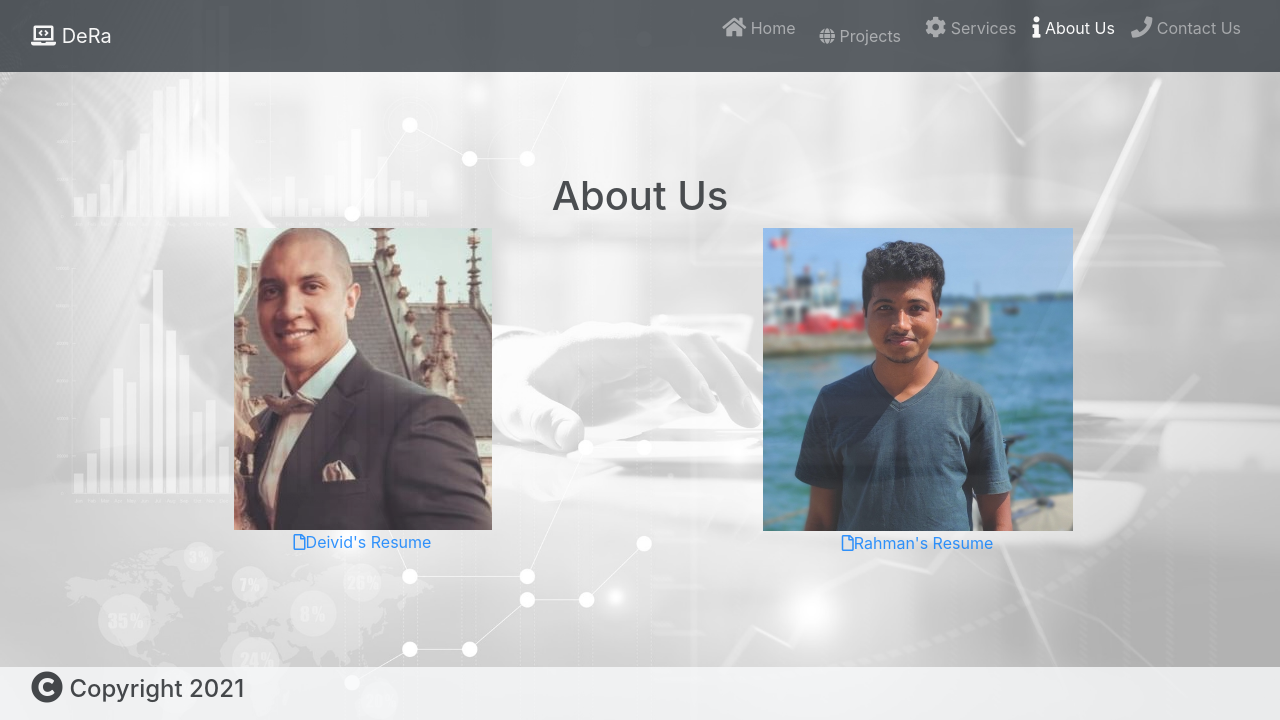
Repository: deividwsantoss/web6201-Lab1
Page: about.html
An editor plug-in stored every save of this project. The page is shown before and after the next save, followed by the edit.
The browser window is 1280 px wide. The pictures show the whole page.

Above is the page before, as saved 2021-02-03 19:02:37.
Console error: TypeError: Cannot set properties of null (setting 'innerHTML')

### about.html
<!DOCTYPE html>
<html lang="en">
<head>
    <meta charset="UTF-8">
    <meta name="viewport" content="width=device-width, initial-scale=1.0">
    <title>About</title>
</head>
<!-- CSS SECTION-->
<link rel="stylesheet" href="./node_modules/bootstrap/dist/css/bootstrap.min.css">
<link rel="stylesheet" href="./node_modules/@fortawesome/fontawesome-free/css/all.min.css">
<link rel="stylesheet" href="./Content/app.css">

<body class="aboutus">
    <!-- Main Header-->
    <header>
        <nav class="navbar navbar-expand-lg navbar-dark bg-dark">
            <div class="container-fluid">
              <a class="navbar-brand" href="Index.html"><i class="fas fa-laptop-code"></i> DeRa</a>
              <button class="navbar-toggler" type="button" data-bs-toggle="collapse" data-bs-target="#navbarSupportedContent" aria-controls="navbarSupportedContent" aria-expanded="false" aria-label="Toggle navigation">
                <span class="navbar-toggler-icon"></span>
              </button>
              <div class="collapse navbar-collapse" id="navbarSupportedContent">
                <ul class="navbar-nav ml-auto mb-2 mb-lg-0">
                  <li class="nav-item">
                    <a class="nav-link " aria-current="page" href="Index.html"><i class="fas fa-home fa-lg"></i> Home</a>
                  </li>
                  <li class="nav-item">
                    <a id="prod" class="nav-link" aria-current="page" href="products.html"><i class="fas fa-globe fa-lg"></i> Products</a>
                  </li>
                  <li class="nav-item">
                    <a class="nav-link" aria-current="page" href="services.html"><i class="fas fa-cog fa-lg"></i> Services</a>
                  </li>
                  <li class="nav-item">
                    <a class="nav-link active" aria-current="page" href="about.html"><i class="fas fa-info fa-lg"></i> About Us</a>
                  </li>
                  <li class="nav-item">
                    <a class="nav-link" aria-current="page" href="contact.html"><i class="fas fa-phone fa-lg"></i> Contact Us</a>
                  </li>

                </ul>

              </div>
            </div>
          </nav>

    </header>


    <!-- Main Content-->
        <main id="aboutmain" class="container text-center">
            <h1 class="text-center">About Us</h1>
            <div class="container">
              <div class="row">
                <div class="col">
                  <img src="./Content/deivid.JPG" alt="deivid" srcset=""> <br>
                  <a href="./Content/DeividSantos_Resume.pdf"><i class="far fa-file"></i>Deivid's Resume</a>
                </div>
                <div class="col">
                  <img id="pic" src="./Content/rahman.jpg" alt="rahmanPicture" srcset=""> <br>
                  <a href="./Content/Rahman.pdf"><i class="far fa-file"></i>Rahman's Resume</a>
                </div>
              </div>
        </main>
        <!-- Main Footer-->
        <footer>
          <nav class="navbar fixed-bottom navbar-light bg-light">
              <div class="container-fluid">
                  <h4><i class="fas fa-copyright fa-lg"></i> Copyright 2021 </h4>
              </div>
            </nav>

      </footer>
    <!--- Script Section-->
    <script src="./node_modules/jquery/dist/jquery.min.js"></script>
    <script src="./node_modules/bootstrap/dist/js/bootstrap.bundle.min.js"></script>
    <script src="./Scripts/app.js"></script>
</body>

</html>

### Content/app.css
/* Custom CSS goes here */

body,html{
    height: 100%;
    margin: 0;
}
.bg{
    background-image: url("Background-White.jpg");
    background-repeat: no-repeat;
    background-size: cover;
    background-position: center;
    opacity: 0.8;
}

.contactimage{
    background-image:url("contactimg.jpg");
    background-repeat: no-repeat;
    background-size: cover;
    background-position: center;
    opacity: 0.8;
}
.productsbg {
    background-image:url("productsbg.jpg");
    background-repeat: no-repeat;
    background-size: cover;
    background-position: center;
    opacity: 0.8;
}

.servicesbackgroud{
    background-image:url("services.jpg");
    background-repeat: repeat;
    background-size: cover;
    background-position: center;
    opacity: 0.8;
    height: 1000px;
}
.aboutus{
    background-image:url("bgimage.jpg");
    background-repeat: no-repeat;
    background-size: cover;
    background-position: center;
    opacity: 0.8;
}

#paragraphOne {
    color: black;
    font-size: 220%;
    margin-top: 25%;
    text-shadow: 2px 2px 4px #000;
    font-family: cursive;
    font-weight: bold;

}
h1{
    margin-top: 10;
}

#custompg{
    width: 400px;

}

#projectsImg{
    width: 150px;
}

#pic{
    width:310px; /* you can use % */
    height: auto;
}

#aboutmain{
    margin-top: 100px;
}

### Scripts/app.js
/* Custom JavaScript goes here */


"use strict";

(function(){

    function addHR(){
        let aboutUsElement = document.getElementById("aboutId");
        let newNavbar = document.createElement("li");
        let hr = `<a class="nav-link" aria-current="page" href="services.html"><i class="fas fa-user-circle"></i> Human Resources</a>`

        newNavbar.innerHTML = hr;


    }
    function Projects(){
        let productsElement = document.getElementById("prod");
        let prod = `<a id="prod" class="nav-link" aria-current="page" href="products.html"><i class="fas fa-globe" name="prod"></i> Projects</a>`;


        productsElement.innerHTML = prod;

        let prodNameElement = document.getElementById("prodName");
        let projectName = `<h1 id="prodName" class="text-center">Our Projects</h1>`

        prodNameElement.innerHTML = projectName;
    }
    function displayHome(){
        let paragraphOneText = "Welcome to DeRa Development Website for WebD6201";
        let paragraphOneElement = document.getElementById("paragraphOne");

        paragraphOneElement.textContent = paragraphOneText;
        paragraphOneElement.className = "fs-6 ";
    }
    function displayAbout(){

    }
    function displayProducts(){

        //deloitte
        let dlText = "DeRa is proud for leading the main developing project for DL."
        let dlElement = document.getElementById("dlParagraph");

        dlElement.textContent = dlText;

        let scotiaText = "Another Big company we are proud to have worked with"
        let scotiaElement = document.getElementById("scotiaParagraph");

        scotiaElement.textContent = scotiaText;

    }
    function displayServices(){

        //intro text
        let servicesIntroText = "DeRa Development can provide you the best customized solution for you";
        let servicesIntroElement = document.getElementById("serviceIntro");
        servicesIntroElement.textContent = servicesIntroText;

        // custom dev text
        let customParagraphText = "DeRa Development have been delivering successful custom programs to our clients since the date we were born. \nSince DeRa was born we have seen a rapid change in website technology which we were always able to adapt";
        let customParagraphElement = document.getElementById("customParagraph");

        customParagraphElement.textContent = customParagraphText;

        //mobile text
        mobileParagraphText = "We have the knowledge and skills to provide you the best quality solution for any kind of device. \nMobile development is one of our strengths."
        mobileParagraphElement = document.getElementById("mobileParagraph");

        mobileParagraphElement.textContent = mobileParagraphText;

        //design paragraph
        let webDesignParagraphText = "Our Web Design is awesome";
        let webDesignParagraphElement = document.getElementById("weDesignParagraph");
        webDesignParagraphElement.textContent = webDesignParagraphText;
    }
    function displayContact(){

        let messageArea = document.getElementById("messageArea");
        messageArea.hidden = true;

        //Form Validation...

        let fullName = document.getElementById("fullName");
        fullName.addEventListener("blur", function(){
            if(fullName.value.length < 2){
                fullName.focus;
                fullName.select();
                messageArea.hidden = false;
                messageArea.className = "alert alert-danger";
                messageArea.textContent = "Please, Enter an appropriate name."
            }
            else{
                messageArea.removeAttribute("Class");
                messageArea.hidden = true;
            }
        });

        //validating number
        let contactNumber = document.getElementById("contactNumber");
        contactNumber.addEventListener("blur", function(){

            if(contactNumber.value.length < 10 || contactNumber.value.length > 10 )
            {
                contactNumber.focus;
                contactNumber.select();
                messageArea.hidden = false;
                messageArea.className = "alert alert-danger";
                messageArea.textContent = "Please, Insert a valid Number";
            }
            else {
                messageArea.removeAttribute("Class");
                messageArea.hidden = true;
            }

        });

        // Validating short text
        let shortMessage = document.getElementById("shortMessage");
        shortMessage.addEventListener("blur", function(){

            if(shortMessage.value.length > 50){
                shortMessage.focus;
                shortMessage.select();
                messageArea.hidden = false;
                messageArea.className = "alert alert-danger";
                messageArea.textContent = "Maximum characters allowed (50)";
            }
            else{
                messageArea.removeAttribute("Class");
                messageArea.hidden = true;
            }
        });

        let sendButton = document.getElementById("sendButton");
        sendButton.addEventListener("click", function(event){
            event.preventDefault();
        });
        document.getElementById("sendButton").onclick = function (){
            location.href = "index.html"
        };

    }


    function Start(){
        console.log("App Start...");

        switch (document.title) {

            case 'Home':
                displayHome();
                break;
            case 'About':
                displayAbout();
                break;
            case 'Products':
                displayProducts();
                break;
            case 'Services':
                displayServices();
                break;
            case 'Contact':
                displayContact();
                break;

        }


    }
    window.addEventListener("load",addHR);
    window.addEventListener("load",Projects);
    window.addEventListener("load",Start);

})();

Loaded but not shown: node_modules/bootstrap/dist/css/bootstrap.min.css (library); node_modules/@fortawesome/fontawesome-free/css/all.min.css (library); node_modules/jquery/dist/jquery.min.js (library); node_modules/bootstrap/dist/js/bootstrap.bundle.min.js (library)

After the next save:
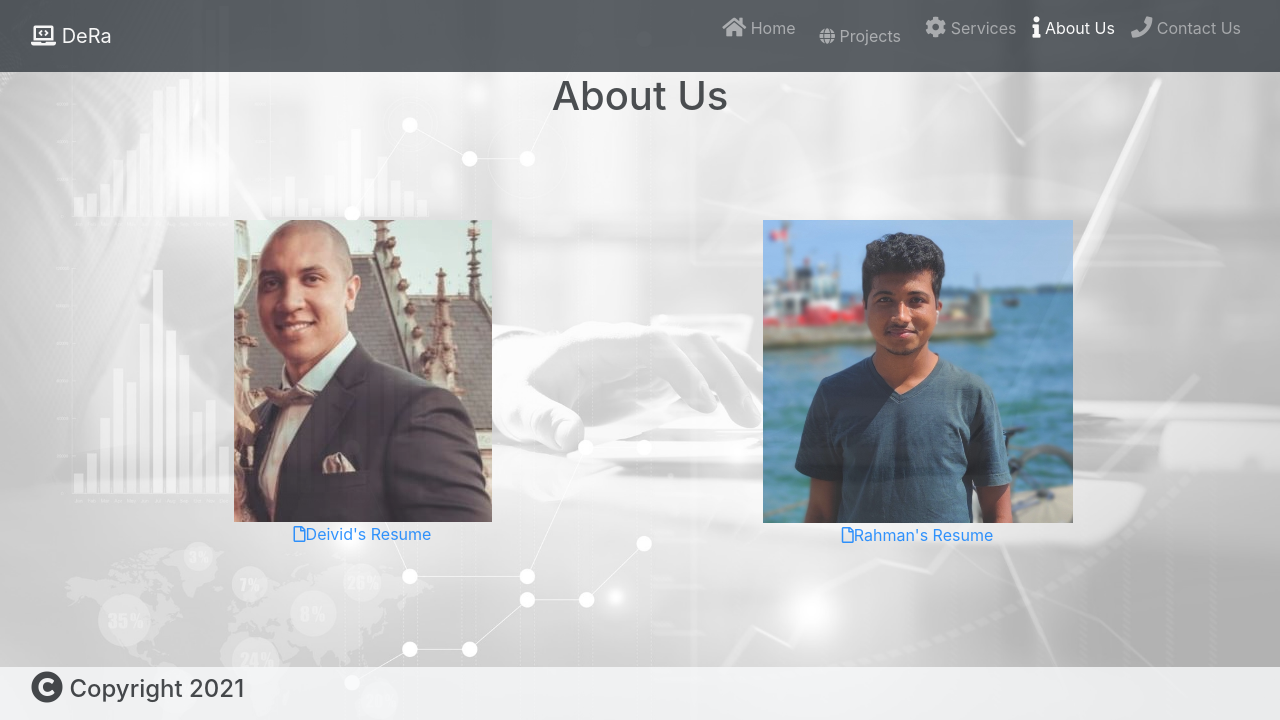
Saved 23 s later.
--- a/about.html
+++ b/about.html
@@ -47,9 +47,9 @@
 
 
     <!-- Main Content-->
-        <main id="aboutmain" class="container text-center">
+        <main class="container text-center">
             <h1 class="text-center">About Us</h1>
-            <div class="container">
+            <div id="aboutmain" class="container">
               <div class="row">
                 <div class="col">
                   <img src="./Content/deivid.JPG" alt="deivid" srcset=""> <br>
